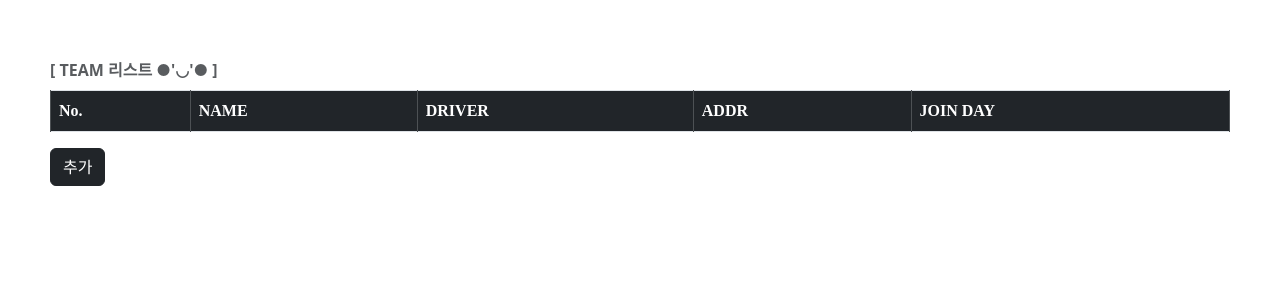
Repository: jini8293/Sist_04
Page: http://localhost/jspProject/team/teamList.jsp
An editor plug-in stored every save of this project. The page is shown before and after the next save, followed by the edit.
The browser window is 1280 px wide. The pictures show the whole page.
Some web fonts or font styles are not loaded; a fallback is used. The page is served by Tomcat 9. Queries for data that is not in the repository find no rows.

Above is the page before, as saved 2024-03-06 02:31:59.

After the next save:
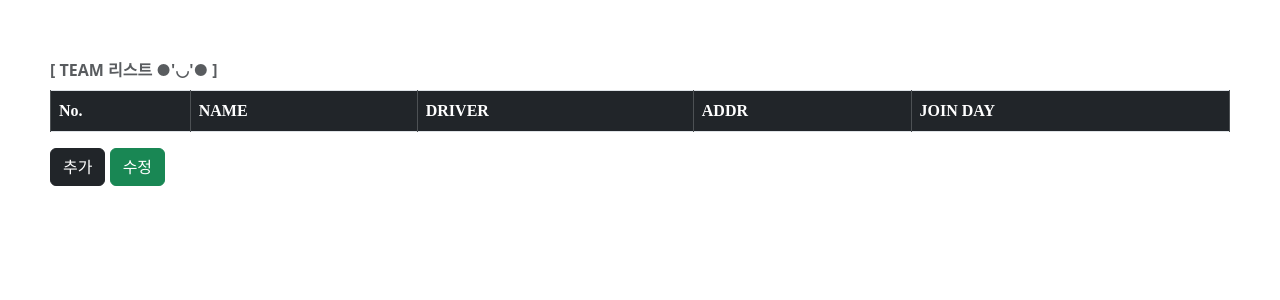
Saved 74 s later.
--- a/jspwork/jspProject/src/main/webapp/team/teamList.jsp
+++ b/jspwork/jspProject/src/main/webapp/team/teamList.jsp
@@ -3,7 +3,7 @@
 <%@page import="java.text.SimpleDateFormat"%>
 <%@page import="team.model.TeamDao"%>
 <%@ page language="java" contentType="text/html; charset=UTF-8"
-    pageEncoding="UTF-8"%>
+	pageEncoding="UTF-8"%>
 <!DOCTYPE html>
 <html>
 <head>
@@ -26,37 +26,42 @@
 %>
 <body>
 
-   <div style="margin: 50px 50px">
-      <table class="table table-bordered">
-         <caption align="top">
-            <b>[ TEAM 리스트 ●'◡'● ]</b>
-         </caption>
-         <tr>
+	<div style="margin: 50px 50px">
+		<table class="table table-bordered">
+			<caption align="top">
+				<b>[ TEAM 리스트 ●'◡'● ]</b>
+			</caption>
+			<tr>
 
-            <th style="font-family: IBM Plex Sans KR;" class="table-dark">No.</th>
-            <th style="font-family: IBM Plex Sans KR" class="table-dark">NAME</th>
-            <th style="font-family: IBM Plex Sans KR" class="table-dark">DRIVER</th>
-            <th style="font-family: IBM Plex Sans KR" class="table-dark">ADDR</th>
-            <th style="font-family: IBM Plex Sans KR" class="table-dark">JOIN DAY</th>
+				<th style="font-family: IBM Plex Sans KR;" class="table-dark">No.</th>
+				<th style="font-family: IBM Plex Sans KR" class="table-dark">NAME</th>
+				<th style="font-family: IBM Plex Sans KR" class="table-dark">DRIVER</th>
+				<th style="font-family: IBM Plex Sans KR" class="table-dark">ADDR</th>
+				<th style="font-family: IBM Plex Sans KR" class="table-dark">JOIN
+					DAY</th>
 
-         </tr>
-         <%
-		for (int i = 0; i < team.size(); i++) {
-			TeamDto dto = team.get(i);
-		%>
+			</tr>
+			<%
+			for (int i = 0; i < team.size(); i++) {
+				TeamDto dto = team.get(i);
+			%>
 
-         <tr>
-         <td align="center"><%=i+1 %></td>
-            <td align="center"><%=dto.getName()%></td>
-            <td align="center"><%=dto.getDriver()%></td>
-             <td align="center"><%=dto.getAddr()%></td>
-            <td align="center"><%=sdf.format(dto.getWriteday())%></td>
-         </tr>
-         <% }%>
+			<tr>
+				<td align="center"><%=i + 1%></td>
+				<td align="center"><%=dto.getName()%></td>
+				<td align="center"><%=dto.getDriver()%></td>
+				<td align="center"><%=dto.getAddr()%></td>
+				<td align="center"><%=sdf.format(dto.getWriteday())%></td>
+			</tr>
+			<%
+			}
+			%>
 
-      </table>
-      <button type="button" class="btn btn-dark"
-         onclick="location.href='addForm.jsp'">추가</button>
-   </div>
+		</table>
+		<button type="button" class="btn btn-dark"
+			onclick="location.href='addForm.jsp'">추가</button>
+		<button type="button" class="btn btn-success"
+			onclick="location.href='addForm.jsp'">수정</button>
+	</div>
 </body>
 </html>
